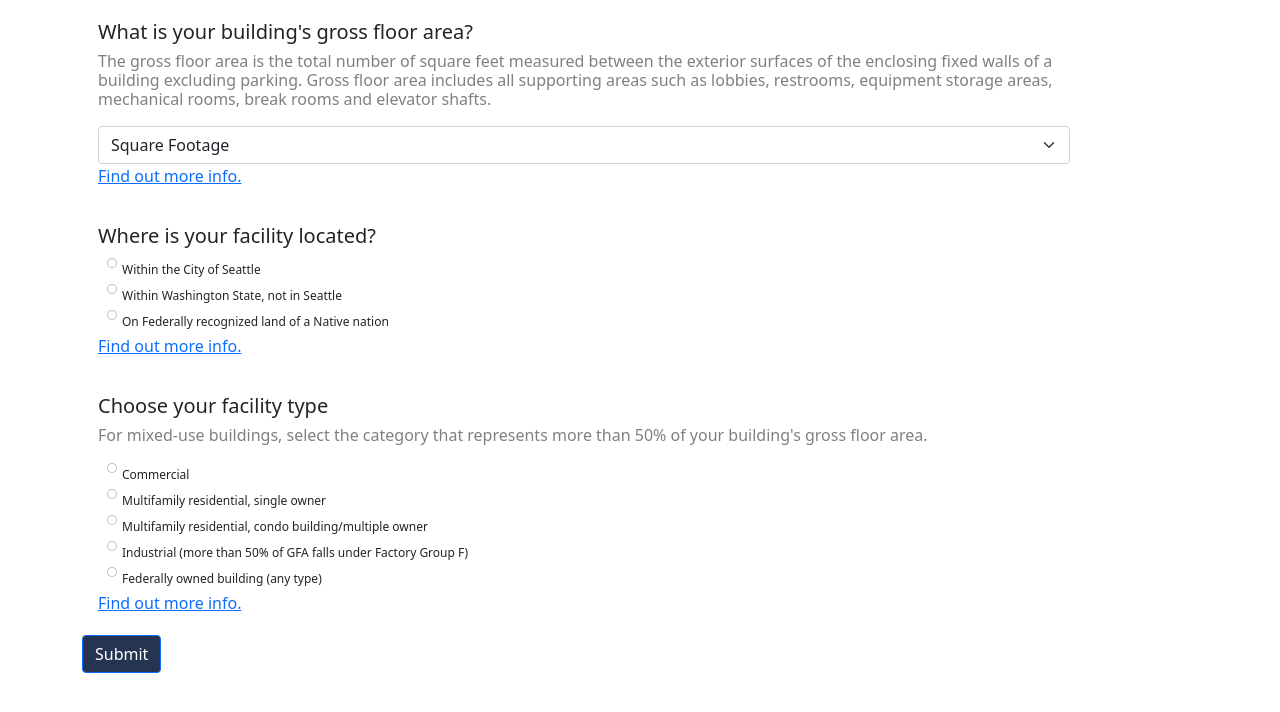
Repository: ChaidGPT/SershonSystemsQuiz
Page: index.html
These files come from the project's save history. The page is drawn as it stood at one moment and after the next save; the edit follows.
The browser window is 1280 px wide. The pictures show the whole page.

Above is the page before, as saved 2023-07-08 09:17:42.

After the next save:
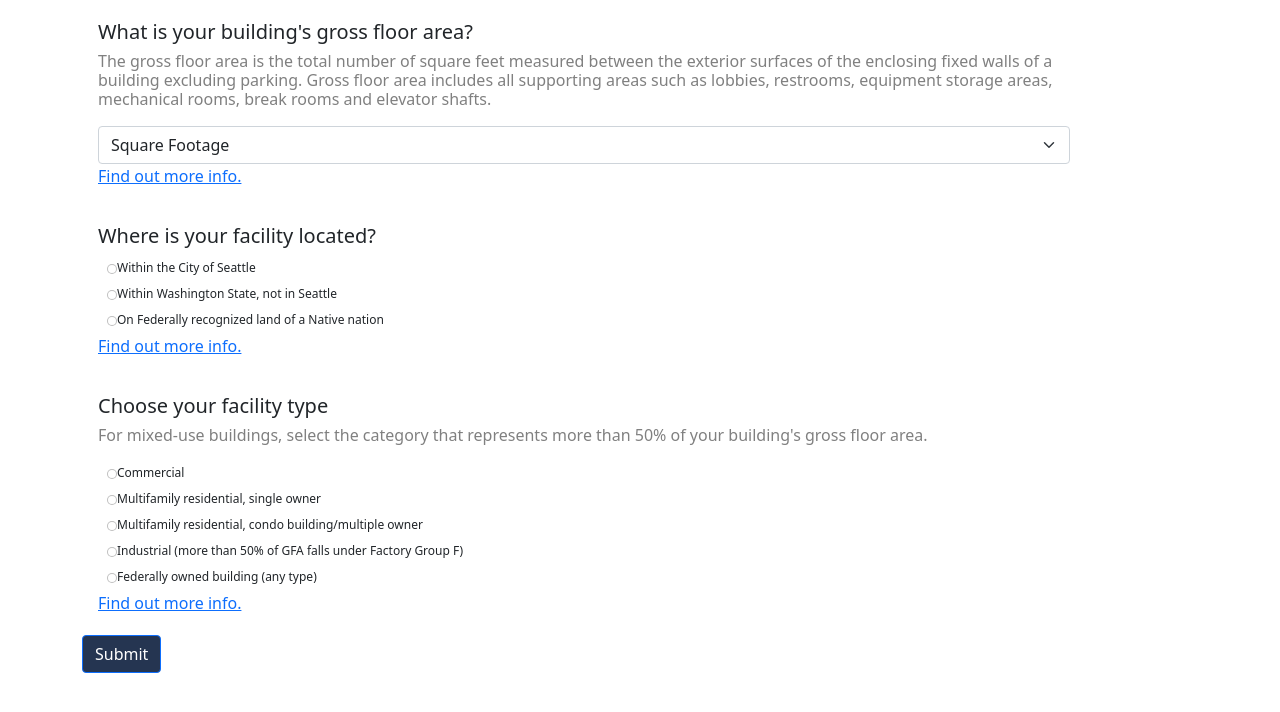
Saved 65 s later.
--- a/index.html
+++ b/index.html
@@ -36,6 +36,11 @@
     .form-check-label {
         font-size: 12px;
     }
+
+	.form-check {
+  display: flex;
+  align-items: center;
+}
 	</style>
 </head>
 
